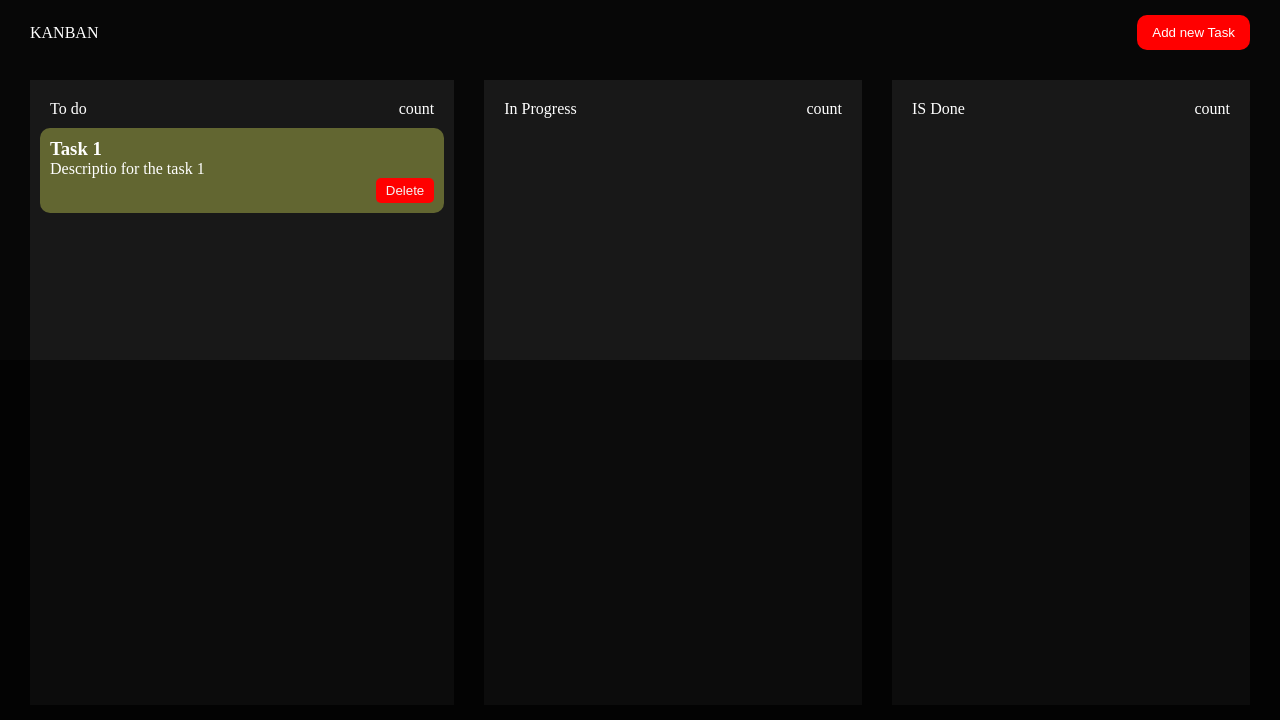
Repository: Sandeepji-5/Kanban-board
Page: index.html
An editor plug-in stored every save of this project. The page is shown before and after the next save, followed by the edit.
The browser window is 1280 px wide. The pictures show the whole page.

Above is the page before, as saved 2025-12-09 16:43:25.

### index.html
<!DOCTYPE html>
<html lang="en">
<head>
    <meta charset="UTF-8">
    <meta name="viewport" content="width=device-width, initial-scale=1.0">
    <title>Document</title>
    <link rel="stylesheet" href="style.css">
</head>
<body>
    <main>
        <nav>
            <div class="left">KANBAN</div>
            <div class="right"><button id="toggle-modal">Add new Task</button></div>
        </nav>
        <section class="board">
            <div   id="todo" class="task-column">
                <div class="heading">
                    <div class="left">To do </div>
                      <div class="right">count</div>
                </div>
                <div draggable="true" class="task">
                    <h3>Task 1</h3>
                    <p>Descriptio for the task 1 </p>
                    <button>Delete</button>
                </div>
            </div>
            <div id="progress" class="task-column">
                <div class="heading">
                    <div class="left">In Progress</div>
                    <div class="right">count</div>
                </div>

            </div>
            <div  id="done"   class="task-column">
                <div class="heading">
                    <div class="left">IS Done </div>
                    <div class="right"> count</div>
                </div>

            </div>
        </section>


    </main>

    <div class="modal add-new-task">
        <div class="bg"></div>
                     <div class="center">
                        <input type="text" placeholder="Task title"/>
                        <textarea placeholder="Task Description"></textarea>
                        <button id="add-new-task" class="add-task-btn"> Add Task</button>
                     </div>



    <script src="kanban.js"></script>
</body>
</html>

### style.css
* {
    margin: 0;
    padding: 0;

    box-sizing: border-box;
}

html,
body {
    width: 100%;
    height: 100%;

}

:root {
    --bg-color: #0000000;
    --bg-button-color: rgb(24, 24, 24);
    --primary-text-color: #f4f4f4;
    --bg-task-color:rgb(19, 18, 18);
    --bg-delete-color:red;



    /* padding 1 rem 2 rem */
    --nav-padding: 15px 30px;
    --section-padding: 15px 30px;
    --padding-s: 5px;
    --padding-m: 10px;
    --padding-l: 15px;
    --padding-xl: 20px;
    --padding-xxl: 30px;


    /* border radius variable  */



    --border-radius-s:5px;
    --border-radius-m:10px;
    --border-radius-l:15px;
    --border-radius-xl:20px;
    --border-radius-xxl:30px;


}

body {
    background-color: rgb(7, 7, 7);
    color: white;
}
main{
    display: flex;
    height: 100%;
    width: 100%;
    flex-direction: column;


}

nav{
    padding: var(--nav-padding);
    display: flex;
    align-items: center;
    justify-content: space-between;

}
nav button{
    background-color: red;
    color: white;
    border: none;
    outline: none;
    padding: var(  --padding-m) var(  --padding-l);
    cursor: pointer;
    border-radius:var(--border-radius-m) ;

}


section{
    padding:var(--section-padding);
    /* height: 100%; */
    display: flex;
    flex-grow: 1;
    justify-content: space-between;

    gap: var(--padding-xxl);

}
section .task-column{
    padding: var(--padding-m);
    background-color: var(--bg-button-color);
    flex-grow: 1  ;
    padding: var(--padding-m)  ;
    display: flex;
    flex-direction: column;
    transition: all 0.7s cubic-bezier(0.19, 1, 0.22, 1);




}
section .task-column.hover-over {
     border: 2px dashed rgb(247, 246, 246);
    transform: scale(1.05);
}
section .task-column .heading{
    display: flex;
    justify-content: space-between ;
    padding: var(--padding-m);
}


section .task-column  .task{

    display: flex;
    flex-direction: column;
    padding: var(--padding-m);
    border-radius: var(--border-radius-m);
    /* background-color: var(--bg-task-color); */
     background-color:rgba(205, 216, 87, 0.409);


}

section .task-column .task button{
    align-self: flex-end;
    cursor: pointer;
    padding: var(--padding-s) var(--padding-m);
    border-radius: var(--border-radius-s);
    border: none;
    outline: none;
    background-color: var(--bg-delete-color);
    color: var(--primary-text-color)  ;
}

.modal{

    position: fixed;
    top: 50%;
    left: 0;
    height: 100vh;
    width: 100vw;
    display: flex;
    align-items: center;
    justify-content: center;
    flex-direction: column;


}
.modal .active{
    display: flex;
}

.modal .bg{


    top: 0;
    left: 0;
    height: 100%;
    width: 100%;
    background-color: rgba(0, 0, 0, 0.5);
}

.modal .center{
    background-color: rgb(244, 244, 4);
    padding: var(--padding-xxl);
    border-radius: var(--border-radius-m);
    display: flex;
    flex-direction: column;
    gap: var(--padding-m);
    height: 200px;
    width: 300px;

}

.modal .center input,.modal .center textarea, .modal .center select {
    background-color: var(--bg-task-color);
    padding: var(--padding-m);
    border-radius: var(--border-radius-s);
    border: none;
    outline: none;
    color: var(--primary-text-color);

}

.modal .center button{
     align-self: center;
    margin-top: auto;
    padding: var(--padding-m);
    border-radius: var(--border-radius-m);
    border: none;
    outline: none;
    background-color: var(--bg-button-color);
    color: var(--primary-text-color);
    cursor: pointer;

}

### kanban.js
const todo = document.querySelector('#todo');
const progress = document.querySelector('#progress')
const done = document.querySelector('#done');
const tasks = document.querySelectorAll('.task');
let draggedElement = null;

tasks.forEach(task => {
    task.addEventListener("drag", () => {

        draggedElement = task;
    })
})

// progress.addEventListener('dragenter',(e)=>{
//     progress.classList.add('hover-over');
// })


// progress.addEventListener('dragleave', (e)=>{
//     progress.classList.remove('hover-over');
// })


function addDragEventsOnColumn(column)
{
    column.addEventListener('dragenter', (e) => {
        e.preventDefault();
        column.classList.add('hover-over');
    });

    column.addEventListener('dragleave', (e) => {
        e.preventDefault();
        column.classList.remove('hover-over');
    })

    column.addEventListener("dragover", (e) => {
        e.preventDefault();
    })

    column.addEventListener('drop', (e) => {

        column.appendChild(draggedElement)
        console.log("draggedElement", draggedElement, column);
        column.classList.remove('hover-over')
         e.preventDefault();
    })

}

addDragEventsOnColumn(todo);
addDragEventsOnColumn(progress)
addDragEventsOnColumn(done)





// Modal related Logic
const toggleModalButton = document.querySelector('#toggle-modal');
const modal = document.querySelector('.modal')
const modalBg = document.querySelector('.modal .bg');
const addTaskbtn = document.querySelector('.add-task-btn')



toggleModalButton.addEventListener('click', () => {
    console.log("clicked");
    // modal.style.display = 'flex';

});

// modalBg.addEventListener('click',()=>{
//     modal.style.display = 'none';
// }   )

After the next save:
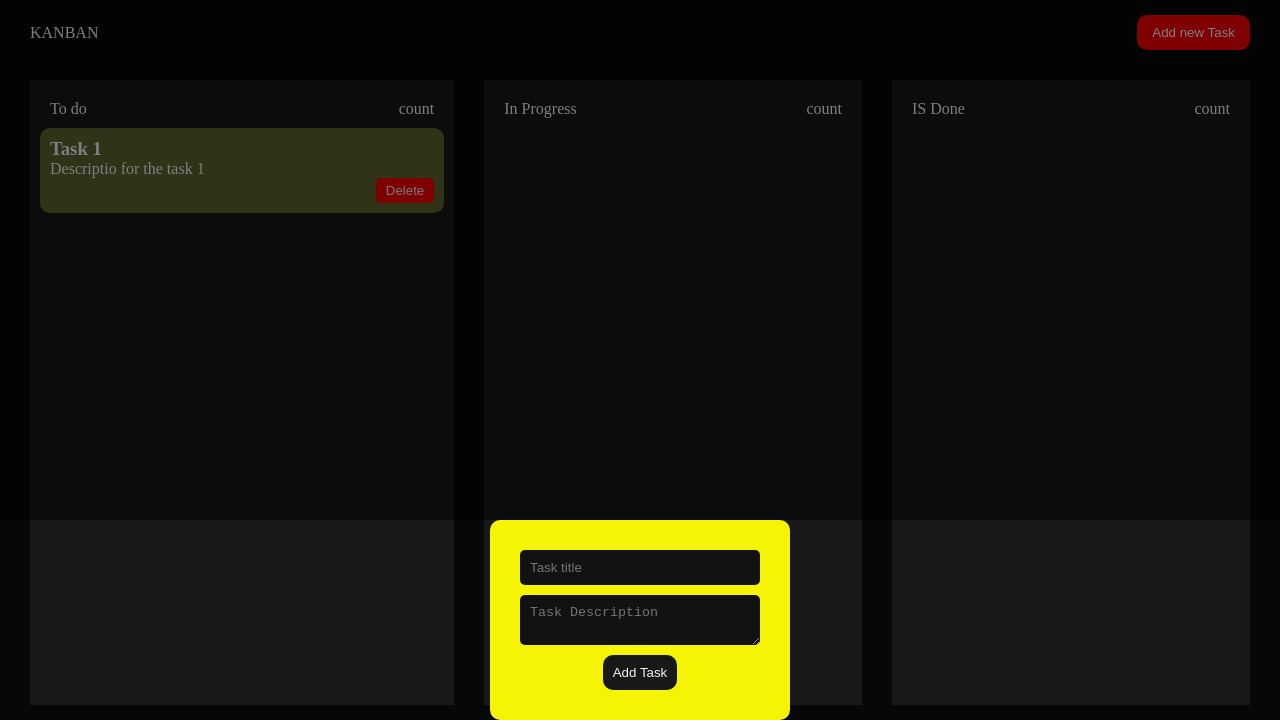
Saved 14 s later.
--- a/style.css
+++ b/style.css
@@ -136,7 +136,7 @@ section .task-column .task button{
 .modal{
 
     position: fixed;
-    top: 50%;
+    top: 0;
     left: 0;
     height: 100vh;
     width: 100vw;
